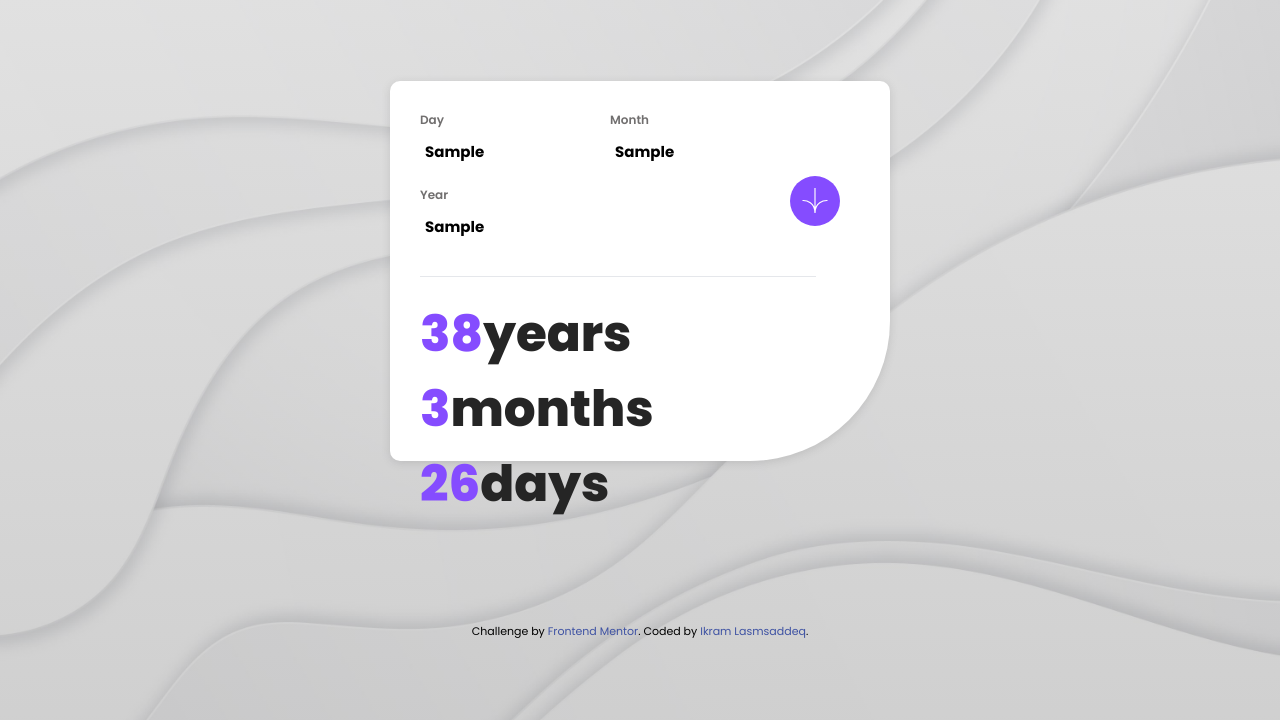
Repository: ikram-lisa/age-display
Page: /
These files come from the project's save history. The page is drawn as it stood at one moment and after the next save; the edit follows.
The browser window is 1280 px wide. The pictures show the whole page.
Empty fields were first filled with sample values (such as "Sample", 5 or name@example.com).
After loading, the first visible `form.form` was submitted once.
Some web libraries are served in a nearby version. The project was rebuilt for these pictures with package versions that can differ from the ones it lists, and the page was loaded fresh each time.

Above is the page before, as saved 2024-05-01 01:06:45.
Console error: ReferenceError: getAge is not defined

After the next save:
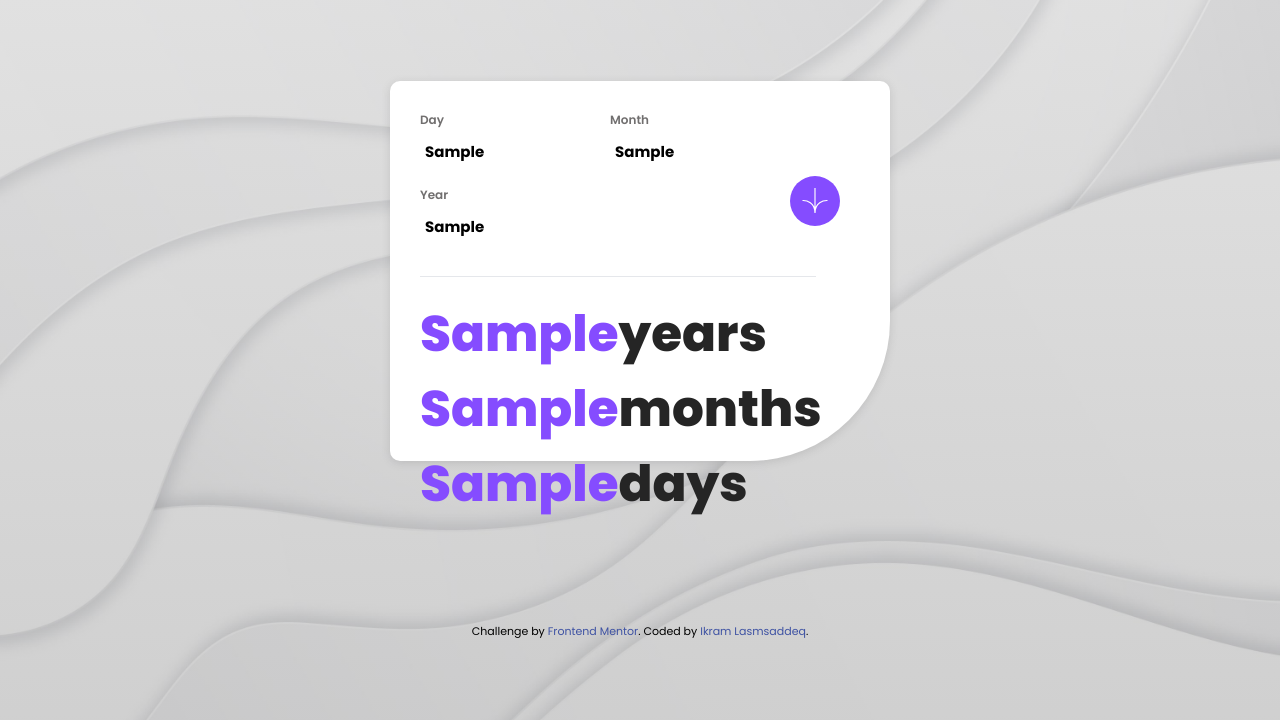
The error is gone.
Saved 3 min 29 s later.
--- a/script/script.js
+++ b/script/script.js
@@ -1,27 +1,20 @@
 import "../css/style.scss";
-console.log("Hello, World!");
+document.addEventListener("DOMContentLoaded", function () {
+  const form = document.querySelector(".form");
+  const dayInput = document.getElementById("day");
+  const monthInput = document.getElementById("month");
+  const yearInput = document.getElementById("year");
 
-const form = document.querySelector(".form");
-const inputField = document.querySelector("input");
-const year = document.getElementById("year");
-const month = document.getElementById("month");
-const day = document.getElementById("day");
+  const yearsSpan = document.querySelector(".years span");
+  const monthsSpan = document.querySelector(".month span");
+  const daysSpan = document.querySelector(".days span");
 
-function handleEvent(e) {
-  e.preventDefault();
-  if (year && month && day) {
-    const yearValue = year.value;
-    const monthValue = month.value;
-    const dayValue = day.value;
-    if (yearValue && monthValue && dayValue) {
-      const date = new Date(yearValue, monthValue - 1, dayValue);
-      const age = getAge(date);
-      const ageInDays = getAgeInDays(date);
-      displayResult(age, ageInDays);
-    } else {
-      displayError();
-    }
-  }
-}
+  form.addEventListener("submit", function (e) {
+    e.preventDefault();
 
-form.addEventListener("submit", handleEvent);
+    // Update the display with the input values
+    yearsSpan.textContent = yearInput.value;
+    monthsSpan.textContent = monthInput.value;
+    daysSpan.textContent = dayInput.value;
+  });
+});
